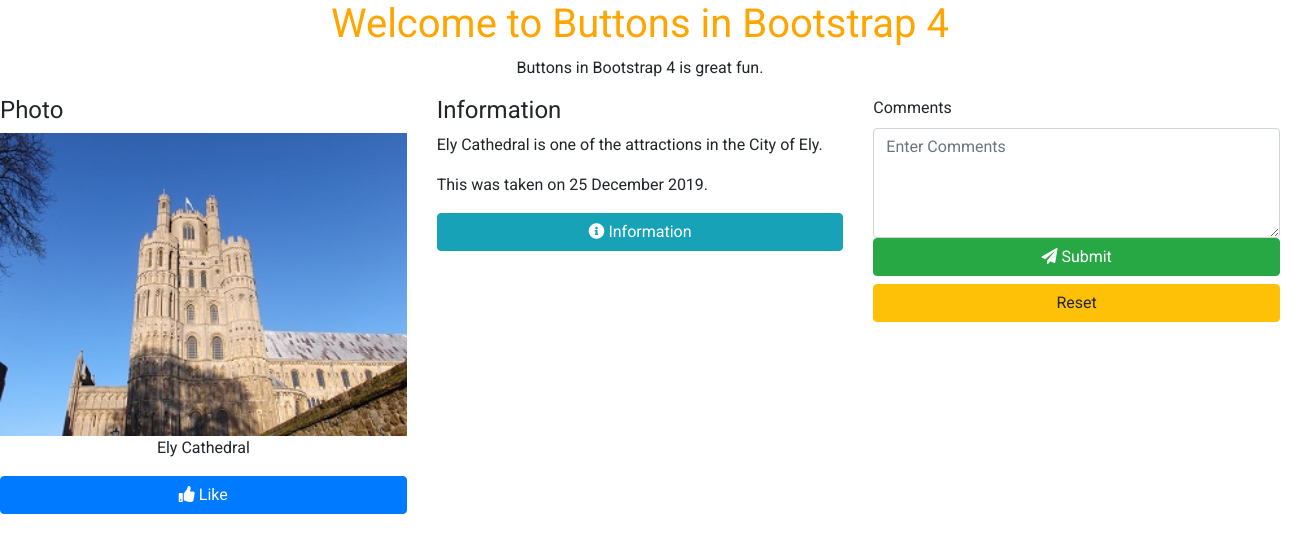
Repository: derektypist/buttons-in-bootstrap-4
Page: index.html
The author's editor kept a record of every edit. The page is drawn from the files as they stood at one moment, then again after the next edit.
The browser window is 1280 px wide. The page is 1295 px wide, so the pictures cover 1295 px, including what lies to the right of the window. The pictures show the whole page.
Some web libraries are served in a nearby version.

Above is the page before.

After the next edit:
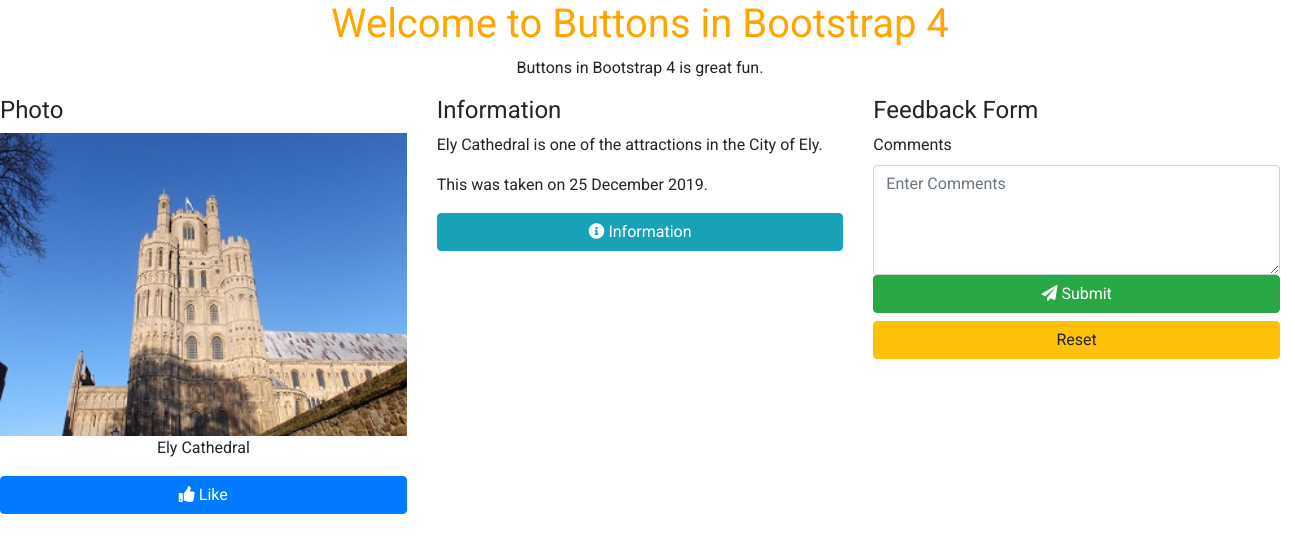
The edit:
--- a/index.html
+++ b/index.html
@@ -47,6 +47,8 @@
 
             <!-- Set Up Article -->
             <article class="col-sm-4">
+                <!-- Display Article Heading -->
+                <h4>Feedback Form</h4>
                 <!-- Set Up Form for Comments -->
                 <form>
                     <label for="comments">Comments</label>
